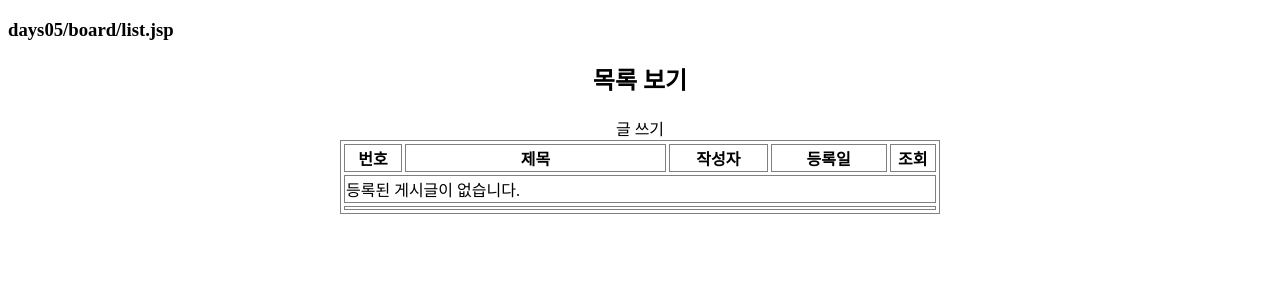
Repository: JavaYoo/kakao-emoticon-web-clone
Page: http://localhost/jspPro/days08/board/list.jsp
An editor plug-in stored every save of this project. The page is shown before and after the next save, followed by the edit.
The browser window is 1280 px wide. The pictures show the whole page.
The page is served by Tomcat 9. Other server files are loaded and not shown.

Above is the page before, as saved 2022-06-20 05:38:29.

### jspPro/src/main/webapp/days08/board/list.jsp
<%@ page contentType="text/html; charset=UTF-8" pageEncoding="UTF-8"%>
<%@ taglib prefix="c" uri="http://java.sun.com/jsp/jstl/core" %>
<%@ include file="/include.jspf" %>
<!DOCTYPE html>
<html>
<head>
<meta charset="UTF-8">
<meta name="viewport" content="width=device-width, initial-scale=1.0">
<title>2022. 6. 20. - 오후 12:43:10</title>
<link rel="shortcut icon "type = "image/x-icon" href = "../images/SiSt.ico">
<script src="https://ajax.googleapis.com/ajax/libs/jquery/3.6.0/jquery.min.js"></script>
<style>
table, td, th {
   border: solid 1px gray;
}

table {
   border-spacing: 3px;
   border-collapse: separate;
}

table, tr, td {
   /* border-radius: 3px; */
   /* padding:3px;  */

}

tbody tr  td:nth-of-type(2) {
   text-align: left;
}

a {
   text-decoration: none;
   color: black;
}

a:hover {
   color: red;
}
</style>
<!-- 페이징 처리 style -->
<style>
.pagination {
   margin: 0 auto;
   display: flex;
   justify-content: center;
}

.pagination a {
   color: black;
   float: left;
   padding: 4px 8px;
   text-decoration: none;
   transition: background-color .3s;
}

.pagination a.active {
   background-color: dodgerblue;
   color: white;
}

.pagination a:hover:not (.active ) {
   background-color: #ddd;
}
</style>
<style>
.searchWord {
   background-color: yellow;
   color: red;
}
</style>
<style>
.title {
   display: inline-block;
   white-space: nowrap;
   width: 90%;
   overflow: hidden;
   text-overflow: ellipsis;
}
</style>
</head>
<body>

<h3>days05/board/list.jsp</h3>

<div align="center">
	<h2>목록 보기</h2>
	<a href="<%=contextPath %>/cstvsboard/list.htm">글 쓰기</a>
	<table style="width:600px">
		<thead>
			<tr>
				<th width="10%">번호</th>
				<th width="45%">제목</th>
				<th width="17%">작성자</th>
				<th width="20%">등록일</th>
				<th width="10%">조회</th>
			</tr>
		</thead>
		<tbody>
			<!-- EL 연산자 -->
			<c:if test="${ empty list }">
				<tr>
					<td colspan="5">등록된 게시글이 없습니다.</td>
				</tr>
			</c:if>
			<!-- not EL 연산자 -->
			<c:if test="${ not empty list }">
				<!-- request.setAttribute("list",list) -->
				<c:forEach items="${ list }" var="dto">
					<tr>
						<td>${ dto.seq }</td>
						<td>${ dto.title }</td>
						<td>${ dto.writer }</td>
						<td>${ dto.writedate }</td>
						<td>${ dto.readed }</td>
					</tr>
				</c:forEach>
			</c:if>
		</tbody>
		<tfoot>
			<tr>
				<td colspan="5" align="center">
				</td>
			</tr>
		</tfoot>
	</table>
</div>


</body>
</html>

### jspPro/src/main/webapp/include.jspf
<%@ page contentType="text/html; charset=UTF-8" pageEncoding="UTF-8"%>
<%
    String contextPath = request.getContextPath();
    request.setCharacterEncoding("UTF-8");
%>

After the next save:
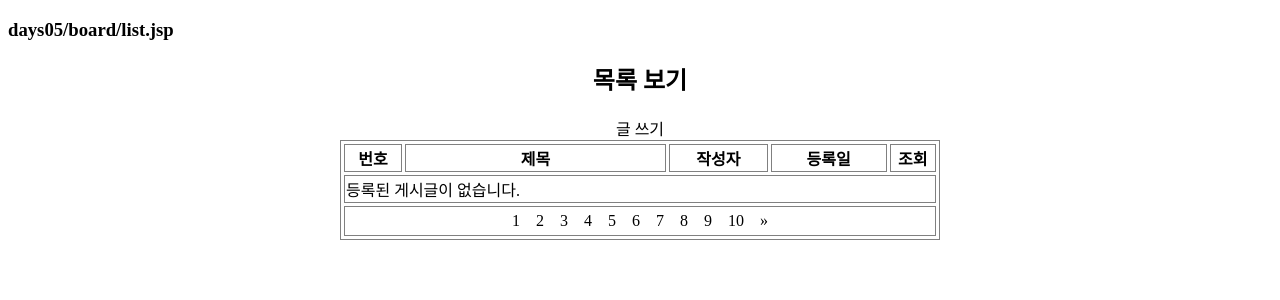
Saved 3 min 50 s later.
--- a/jspPro/src/main/webapp/days08/board/list.jsp
+++ b/jspPro/src/main/webapp/days08/board/list.jsp
@@ -120,6 +120,19 @@
 		<tfoot>
 			<tr>
 				<td colspan="5" align="center">
+					<div class="pagination">
+					<a href="#">1</a>
+					<a href="<%= contextPath%>/cstvboard/list.htm?currentpage=2">2</a>
+					<a href="<%= contextPath%>/cstvboard/list.htm?currentpage=3">3</a>
+					<a href="<%= contextPath%>/cstvboard/list.htm?currentpage=4">4</a>
+					<a href="<%= contextPath%>/cstvboard/list.htm?currentpage=5">5</a>
+					<a href="<%= contextPath%>/cstvboard/list.htm?currentpage=6">6</a>
+					<a href="<%= contextPath%>/cstvboard/list.htm?currentpage=7">7</a>
+					<a href="<%= contextPath%>/cstvboard/list.htm?currentpage=8">8</a>
+					<a href="<%= contextPath%>/cstvboard/list.htm?currentpage=9">9</a>
+					<a href="<%= contextPath%>/cstvboard/list.htm?currentpage=10">10</a>
+					<a href="<%= contextPath%>/cstvboard/list.htm?currentpage=11">&raquo;</a>
+					</div>
 				</td>
 			</tr>
 		</tfoot>
